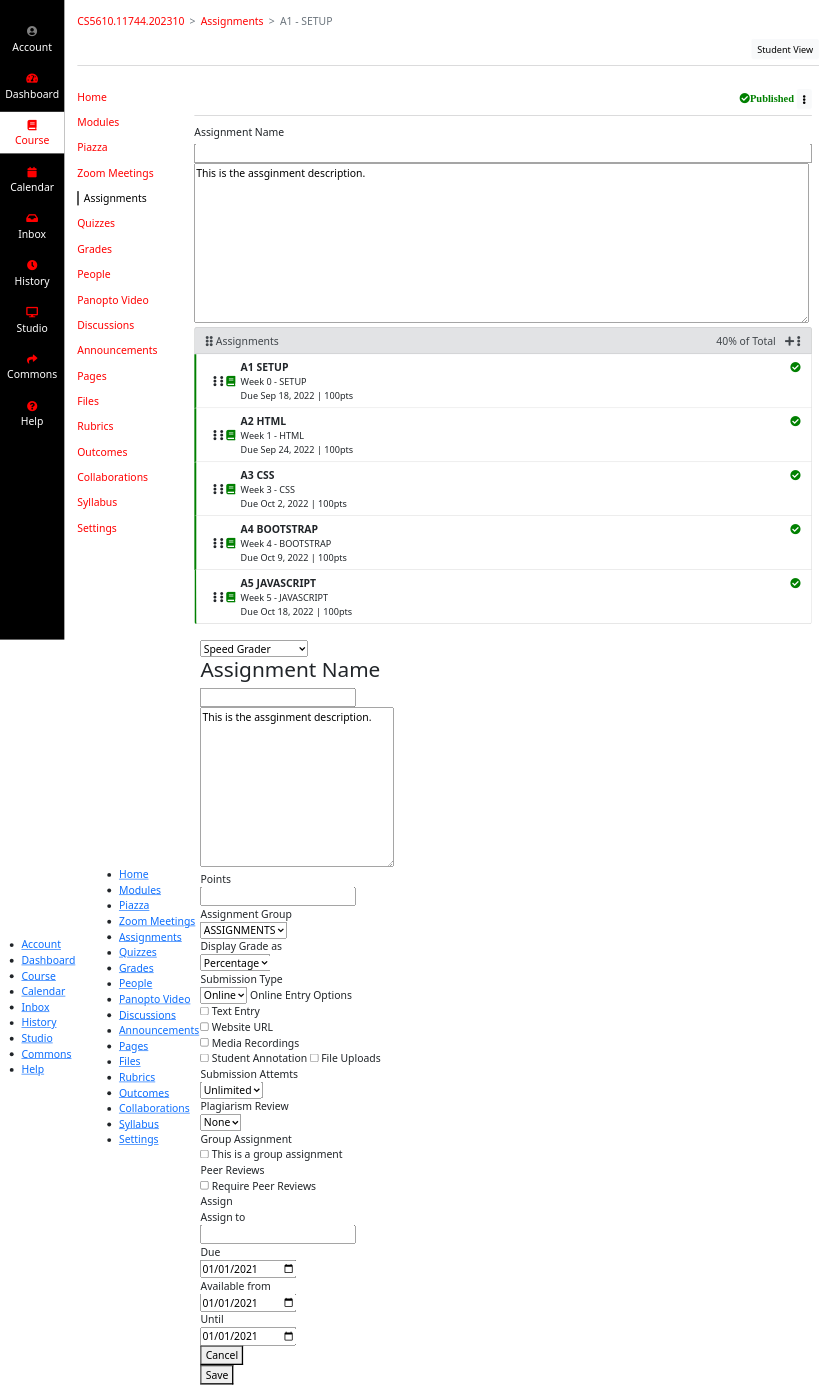
Repository: yuqiant/kanbas-react-web-app
Page: public/kanbas/assignment/edit.html
An editor plug-in stored every save of this project. The page is shown before and after the next save, followed by the edit.
The browser window is 1280 px wide. The pictures show the whole page, at 65% of full size.

Above is the page before, as saved 2023-10-05 00:37:56.

### public/kanbas/assignment/edit.html
<!DOCTYPE html>
<html lang="en">

<head>

    <meta charset="UTF-8">
    <meta name="viewport" content="width=device-width, initial-scale=1.0">
    <title>Flexbox Layout</title>
    <link rel="stylesheet" href="../../vendors/fontawesome/css/all.min.css">
    <link rel="stylesheet" href="../../vendors/bootstrap/css/bootstrap.min.css" />
    <link href="index.css" rel="stylesheet" />

</head>

<body>
    <div class="flex-container">
        <div class="left-column">

            <ul>
                <li><i class="fa fa-user-circle fa-inverse" style="color: grey;"></i><a
                        href="../account/account.html">Account</a> </li>
                <li><i class="fas fa-tachometer-alt" style="color: red;"></i><a href="#">Dashboard</a></li>
                <li class="active"><i class="fas fa-book" style="color: red;"></i><a
                        href="../course/courseNavigation.html" style="color: red;">Course</a>
                </li>
                <li><i class="fas fa-calendar" style="color: red;""></i><a href=" #">Calendar</a></li>
                <li><i class="fas fa-inbox" style="color: red;"></i><a href="#">Inbox</a></li>
                <li><i class="fas fa-clock" style="color: red;"></i><a href="#">History</a></li>
                <li><i class="fas fa-desktop" style="color: red;"></i><a href="#">Studio</a></li>
                <li><i class="fas fa-share" style="color: red;"></i><a href="#">Commons</a></li>
                <li><i class="fas fa-question-circle" style="color: red;"></i><a href="#">Help</a></li>
            </ul>

        </div>
        <div class="right-column">

            <div class="right-top">
                <nav style="--bs-breadcrumb-divider: '>'; color: red;" aria-label="breadcrumb">
                    <ol class="breadcrumb">
                        <li class="breadcrumb-item"><a href="../dashboard/index.html"
                                style="color: red;">CS5610.11744.202310</a></li>
                        <li class="breadcrumb-item"><a href="index.html" style="color: red;">Assignments</a></li>
                        <li class="breadcrumb-item active" aria-current="page">A1 - SETUP</li>
                    </ol>
                </nav>


                <div class="float-sm-end"> <button class="btn btn-light btn-sm">Student View</button>
                </div><br />
                <hr />


            </div>
            <div class="right-bottom">


                <div class="right-bottom-item1">


                    <ul>
                        <li><a href="../home.html">Home</a></li>
                        <li><a href="#">Modules</a></li>
                        <li><a href="#">Piazza</a></li>
                        <li><a href="#">Zoom Meetings</a></li>
                        <li class="active"><a href="assignment/index.html" style="color: black;">Assignments</a></li>
                        <li><a href="#">Quizzes</a></li>
                        <li><a href="grades.html">Grades</a></li>
                        <li><a href="#">People</a></li>
                        <li><a href="#">Panopto Video</a></li>
                        <li><a href="#">Discussions</a></li>
                        <li><a href="#">Announcements</a></li>
                        <li><a href="#">Pages</a></li>
                        <li><a href="#">Files</a></li>
                        <li><a href="#">Rubrics</a></li>
                        <li><a href="#">Outcomes</a></li>
                        <li><a href="#">Collaborations</a></li>
                        <li><a href="#">Syllabus</a></li>
                        <li><a href="coursesetting.html">Settings</a></li>
                    </ul>
                </div>

                <div class="right-bottom-item2">


                    <div class="float-sm-end">
                        <i class="fas fa-check-circle" style="color: green;">Published</i>
                        <button class="btn btn-light btn-sm"><i class="fas fa-ellipsis-v"></i></button>

                    </div><br>
                    <hr />
                    <h6>Assignment Name</h6>

                    <input id="text-fields-assginment" style="width: 950px;" /><br />
                    <form id="textarea">
                        <textarea cols="100" rows="10">This is the assginment description.</textarea>
                    </form>






                    <!-- Module 1 -->
                    <div class="list-group mb-4">
                        <a href="edit.html" class="list-group-item list-group-item-secondary"><i
                                class="fas fa-ellipsis-v"></i><i class="fas fa-ellipsis-v"></i>
                            Assignments
                            <div class="float-sm-end">
                                <span class="percentage">40% of Total</span>
                                <span class="icon"><i class="fa fa-plus" aria-hidden="true"></i></span>
                                <span class="icon"><i class="fa fa-ellipsis-v" aria-hidden="true"></i></span>
                            </div>


                        </a>

                        <a href="edit.html" class="list-group-item d-flex justify-content-between align-items-start">

                            <div class="d-flex align-items-center">
                                <div>
                                    <i class="fas fa-ellipsis-v"></i>
                                    <i class="fas fa-ellipsis-v"></i>
                                    <i class="fas fa-book" style="color: green;"></i>

                                </div>
                                <div class="ms-2">
                                    <div class="fw-bold">A1 SETUP</div>
                                    <div style="font-size: 14px;">Week 0 - SETUP<br />Due Sep 18, 2022 | 100pts</div>
                                </div>
                            </div>
                            <div class="float-sm-end"><i class="fas fa-check-circle" style="color: green;"></i></div>



                            </li>

                            <a href="edit.html"
                                class="list-group-item d-flex justify-content-between align-items-start">

                                <div class="d-flex align-items-center">
                                    <div>
                                        <i class="fas fa-ellipsis-v"></i>
                                        <i class="fas fa-ellipsis-v"></i>
                                        <i class="fas fa-book" style="color: green;"></i>

                                    </div>
                                    <div class="ms-2">
                                        <div class="fw-bold">A2 HTML</div>
                                        <div style="font-size: 14px;">Week 1 - HTML<br />Due Sep 24, 2022 | 100pts</div>
                                    </div>


                                </div>
                                <div class="float-sm-end"><i class="fas fa-check-circle" style="color: green;"></i>
                                </div>


                            </a>
                            <a href="edit.html"
                                class="list-group-item d-flex justify-content-between align-items-start">

                                <div class="d-flex align-items-center">
                                    <div>
                                        <i class="fas fa-ellipsis-v"></i>
                                        <i class="fas fa-ellipsis-v"></i>
                                        <i class="fas fa-book" style="color: green;"></i>

                                    </div>
                                    <div class="ms-2">
                                        <div class="fw-bold">A3 CSS</div>
                                        <div style="font-size: 14px;">Week 3 - CSS<br />Due Oct 2, 2022 | 100pts</div>
                                    </div>

                                </div>
                                <div class="float-sm-end"><i class="fas fa-check-circle" style="color: green;"></i>
                                </div>

                            </a>
                            <a href="edit.html"
                                class="list-group-item d-flex justify-content-between align-items-start">

                                <div class="d-flex align-items-center">
                                    <div>
                                        <i class="fas fa-ellipsis-v"></i>
                                        <i class="fas fa-ellipsis-v"></i>
                                        <i class="fas fa-book" style="color: green;"></i>

                                    </div>
                                    <div class="ms-2">
                                        <div class="fw-bold">A4 BOOTSTRAP</div>
                                        <div style="font-size: 14px;">Week 4 - BOOTSTRAP<br />Due Oct 9, 2022 | 100pts
                                        </div>
                                    </div>
                                </div>
                                <div class="float-sm-end"><i class="fas fa-check-circle" style="color: green;"></i>
                                </div>

                            </a>
                            <a href="edit.html"
                                class="list-group-item d-flex justify-content-between align-items-start">

                                <div class="d-flex align-items-center">
                                    <div>
                                        <i class="fas fa-ellipsis-v"></i>
                                        <i class="fas fa-ellipsis-v"></i>
                                        <i class="fas fa-book" style="color: green;"></i>

                                    </div>
                                    <div class="ms-2">
                                        <div class="fw-bold">A5 JAVASCRIPT</div>
                                        <div style="font-size: 14px;">Week 5 - JAVASCRIPT<br />Due Oct 18, 2022 | 100pts
                                        </div>
                                    </div>
                                </div>
                                <div class="float-sm-end"><i class="fas fa-check-circle" style="color: green;"></i>
                                </div>


                            </a>
                    </div>
                </div>
            </div>

        </div>
    </div>
    </div>
</body>


<body>
    <table>
        <tr>
            <td id="firstColumn" style="width: 150px;">
                <ul>
                    <li><a href="index.html">Account</a></li>
                    <li><a href="#">Dashboard</a></li>
                    <li><a href="../coursecol.html">Course</a></li>
                    <li><a href="#">Calendar</a></li>
                    <li><a href="#">Inbox</a></li>
                    <li><a href="#">History</a></li>
                    <li><a href="#">Studio</a></li>
                    <li><a href="#">Commons</a></li>
                    <li><a href="#">Help</a></li>
                </ul>
            </td>
            <td id="secondColumn" style="width: 150px;">
                <ul>
                    <li><a href="../home.html">Home</a></li>
                    <li><a href="#">Modules</a></li>
                    <li><a href="#">Piazza</a></li>
                    <li><a href="#">Zoom Meetings</a></li>
                    <li><a href="index.html">Assignments</a></li>
                    <li><a href="#">Quizzes</a></li>
                    <li><a href="../grades.html">Grades</a></li>
                    <li><a href="#">People</a></li>
                    <li><a href="#">Panopto Video</a></li>
                    <li><a href="#">Discussions</a></li>
                    <li><a href="#">Announcements</a></li>
                    <li><a href="#">Pages</a></li>
                    <li><a href="#">Files</a></li>
                    <li><a href="#">Rubrics</a></li>
                    <li><a href="#">Outcomes</a></li>
                    <li><a href="#">Collaborations</a></li>
                    <li><a href="#">Syllabus</a></li>
                    <li><a href="../coursesetting.html">Settings</a></li>
                </ul>
            </td>
            <td id="thirdColumn" style="width: 250px;">
                <form id="text-fields">

                    <select id="select-one">
                        <option value="ALL">Speed Grader</option>
                        <option value="ALL">Edit</option>
                        <option value="ALL">Duplicate</option>
                        <option value="ALL">Delete</option>
                        <option value="ALL">Move To...</option>
                        <option value="ALL">Send To...</option>
                        <option value="ALL">Copy To...</option>
                        <option value="ALL">Share to Commons</option>
                    </select>
                </form>

                <h2>Assignment Name</h2>

                <input id="text-fields-assginment" /><br />
                <form id="textarea">

                    <textarea cols="30" rows="10">This is the assginment description.</textarea>
                </form>

                <div>Points</div>
                <form id="text-fields">
                    <input id="text-fields-assginment" /><br />
                </form>

                <div>Assignment Group</div>
                <select id="select-one">
                    <option value="ALL">ASSIGNMENTS</option>
                </select>

                <div>Display Grade as</div>
                <select id="select-one">
                    <option value="ALL">Percentage</option>
                </select>

                <div>Submission Type</div>
                <select id="select-one">
                    <option value="ALL">Online</option>
                </select>

                <label>Online Entry Options</label>
                <br />
                <input type="checkbox" value="TEXTENTRY" name="check-genre" id="chkbox-textentry" />
                <label for="chkbox-textentry">Text Entry</label> <br />
                <input type="checkbox" value="WEBSITEURL" name="check-genre" id="chkbox-websiteurl" />
                <label for="chkbox-websiteurl">Website URL</label> <br />
                <input type="checkbox" value="MEDIARECORDINGS" name="check-genre" id="chkbox-mediarecordings" />
                <label for="chkbox-mediarecordings">Media Recordings</label> <br />
                <input type="checkbox" value="STUDENTANNOTATION" name="check-genre" id="chkbox-studentannotation" />
                <label for="chkbox-studentannotation">Student Annotation</label>
                <input type="checkbox" value="FILEUPLOADS" name="check-genre" id="chkbox-fileuploads" />
                <label for="chkbox-fileuploads">File Uploads</label>

                <div>Submission Attemts</div>
                <select id="select-one">
                    <option value="ALL">Unlimited</option>
                </select>

                <div>Plagiarism Review</div>
                <select id="select-one">
                    <option value="ALL">None</option>
                </select>

                <div>Group Assignment
                    <br />
                    <input type="checkbox" value="GROUPASSIGNMENT" name="check-genre" id="chkbox-groupassignment" />
                    <label for="chkbox-groupassignment">This is a group assignment</label> <br />
                </div>

                <div>Peer Reviews
                    <br />
                    <input type="checkbox" value="PEERREVIEWS" name="check-genre" id="chkbox-peerrivews" />
                    <label for="chkbox-peerrivews">Require Peer Reviews</label> <br />
                </div>

                <div>Assign</div>
                <div>Assign to</div>
                <form id="text-fields">
                    <input id="text-fields-assginment" /><br />
                </form>

                <div>Due</div>
                <input type="date" id="text-fields-dob" value="2021-01-01" /><br />

                <div>Available from</div>
                <input type="date" id="text-fields-dob" value="2021-01-01" /><br />

                <div>Until</div>
                <input type="date" id="text-fields-dob" value="2021-01-01" /><br />


                <form action="assignment.html" method="get">
                    <button type="cancel">Cancel</button>
                </form>

                <form action="assignment.html" method="get">
                    <button type="save">Save</button>
                </form>




            </td>

        </tr>
    </table>

</body>

</html>

### public/kanbas/assignment/index.css
.flex-container {
    display: flex;
    height: 100%;
}

/* 左边列 */
.left-column {
    /* flex: 1; */
    /* 占据可用空间的一部分 */
    /* padding: 20px; */
    width: 0 0 80px;
    /* Adjust sidebar width as needed (between 75 and 85 pixels) */
    background-color: black;
    color: white;
    text-align: center;
    padding-top: 20px;
}

.left-column ul {
    list-style-type: none;
    padding: 0;
}

.left-column li {
    margin: 8px 0;
    /* Adjust margin between links as needed (between 5 and 10 pixels) */
    padding: 8px;
    /* Adjust padding around links as needed (between 5 and 10 pixels) */
}

.left-column li.active {
    color: red;
    background-color: white;


}



.left-column a {
    color: white;
    text-decoration: none;
    display: block;
}

.right-column {

    flex: 2;
    /* 占据可用空间的两部分 */
    display: flex;
    flex-direction: column;
    /* 垂直方向排列 */
}

/* 右上部分 */
.right-top {
    padding: 20px;
}

/* 右下部分分为三竖着的部分 */
.right-bottom {
    display: flex;
    flex-direction: row;
    /* 垂直方向排列 */
    flex: 1;
    /* 均分可用空间 */
}

/* 每个竖着的部分 */
.right-bottom-item {
    flex: 1;
    /* 均分可用空间 */
    padding: 10px;
}

.right-bottom-item1 {
    width: 200px;

    /* padding: 10px; */
    border-left: 25px
}

.right-bottom-item1 a {
    color: red;
    text-decoration: none;

}


.right-bottom-item1 ul {
    list-style: none;
    padding: 0;
}

.right-bottom-item1 li {
    margin-bottom: 15px;
    padding-left: 20px;
}

.right-bottom-item1 li.active a {
    color: black;
    padding-left: 8px;

    /* padding-right: 10px; */

    border-left: 2px solid black;
}


.right-bottom-item2 {
    width: 950px;

    /* padding: 10px; */
    border-left: 25px;
    /* flex-direction: column; */
}

.custom-indent {
    padding-left: 40px;
    /* 调整适当的缩进大小 */
}

.right-bottom-item3 {
    width: 200px;

    padding-left: 25px;
    /* padding: 10px; */
    /* border-left: 25px; */
    /* flex-direction: column; */
}

.smaller-text {
    font-size: 14px;
}

.percentage {
    display: inline-block;
    margin-right: 10px;
    /* 添加间距 */
}

.icon {
    display: inline-block;
}

.align-items-center {
    padding-left: 10px;
}

.align-items-start {
    border-left: 3px solid green;

}

.breadcrumb-item a {
    text-decoration: none;
}

Loaded but not shown: public/vendors/fontawesome/css/all.min.css (library); public/vendors/bootstrap/css/bootstrap.min.css (library)

After the next save:
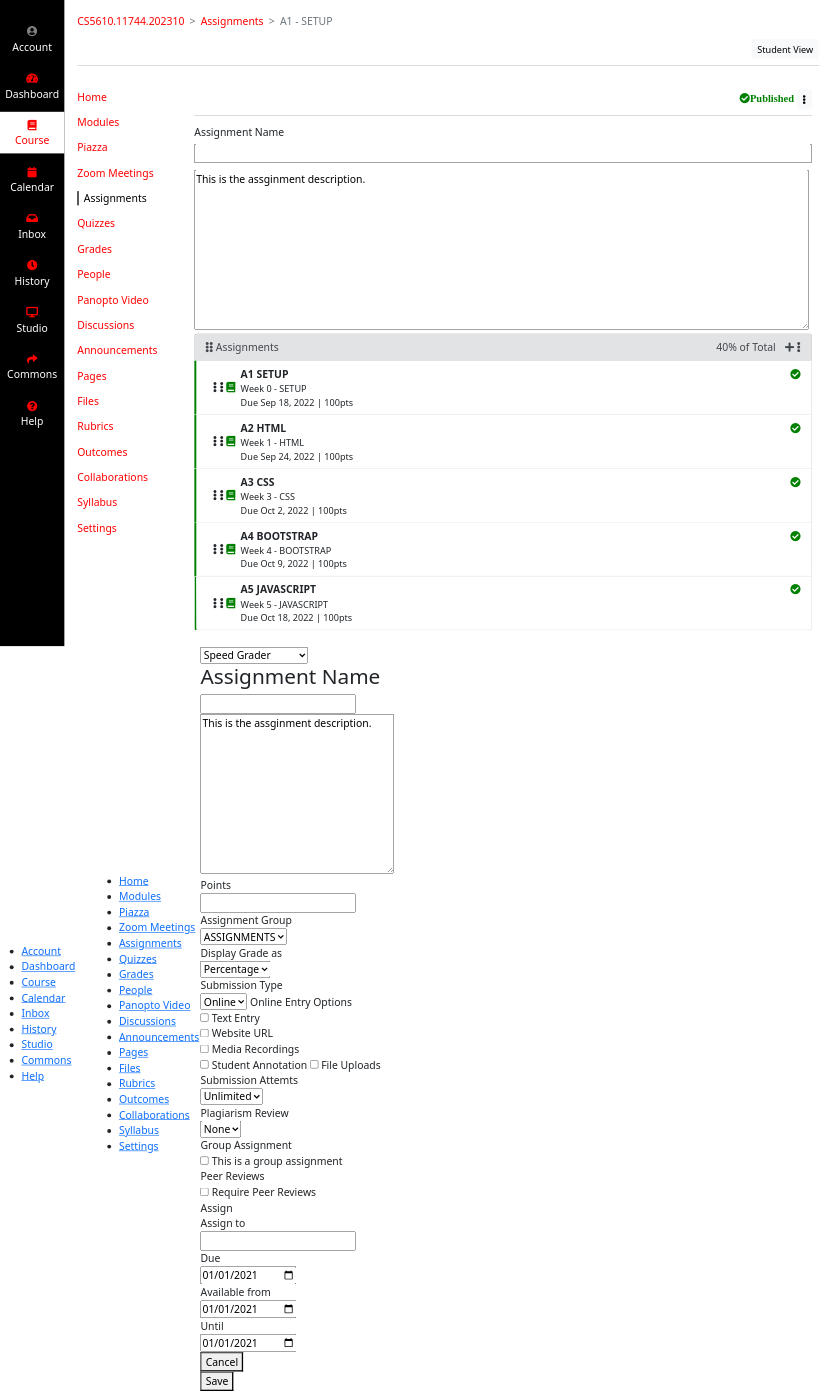
Saved 2 min 1 s later.
--- a/public/kanbas/assignment/edit.html
+++ b/public/kanbas/assignment/edit.html
@@ -90,7 +90,7 @@
                     <hr />
                     <h6>Assignment Name</h6>
 
-                    <input id="text-fields-assginment" style="width: 950px;" /><br />
+                    <input id="text-fields-assginment" style="width: 950px; margin-bottom: 10px;" /><br />
                     <form id="textarea">
                         <textarea cols="100" rows="10">This is the assginment description.</textarea>
                     </form>
